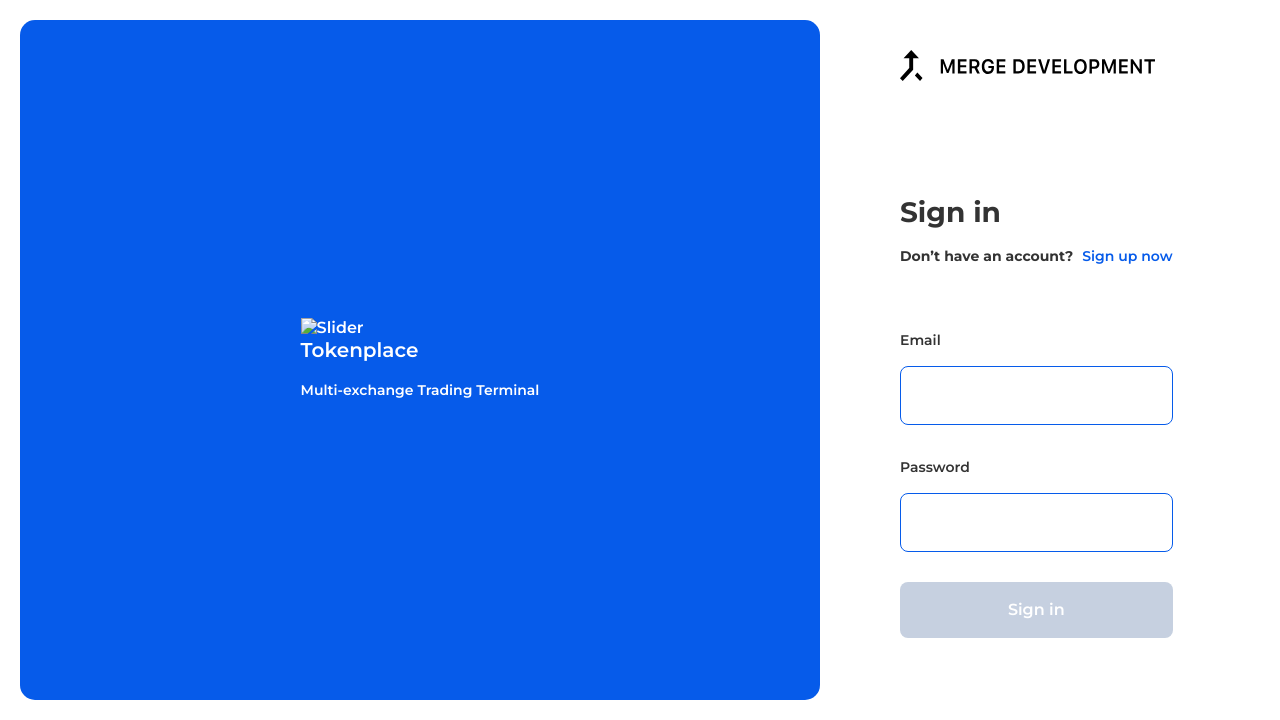
Repository: 13RedFox/form-project
Page: /
These files come from the project's save history. The page is drawn as it stood at one moment and after the next save; the edit follows.
The browser window is 1280 px wide. The pictures show the whole page.
The project was rebuilt for these pictures with package versions that can differ from the ones it lists, and the page was loaded fresh each time.

Above is the page before, as saved 2021-08-04 18:25:13.

After the next save:
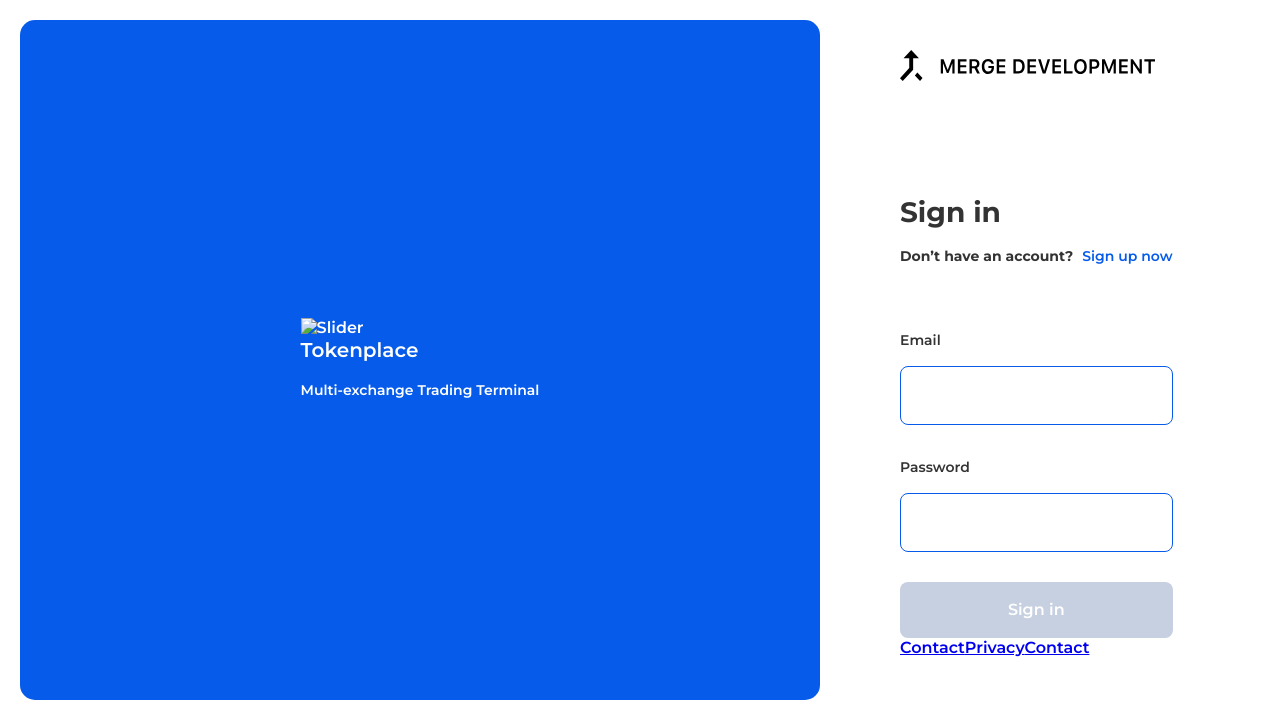
Saved 14 s later.
--- a/src/components/Form/Form.jsx
+++ b/src/components/Form/Form.jsx
@@ -20,7 +20,15 @@
         <Button label="Sign in" disabled className={styles.button} />
 
         <div className={styles.privacy}>
-          <a href="#!" className={styles.privacyText}></a>
+          <a href="#!" className={styles.privacyText}>
+            Contact
+          </a>
+          <a href="#!" className={styles.privacyText}>
+            Privacy
+          </a>
+          <a href="#!" className={styles.privacyText}>
+            Contact
+          </a>
         </div>
       </form>
     </div>
